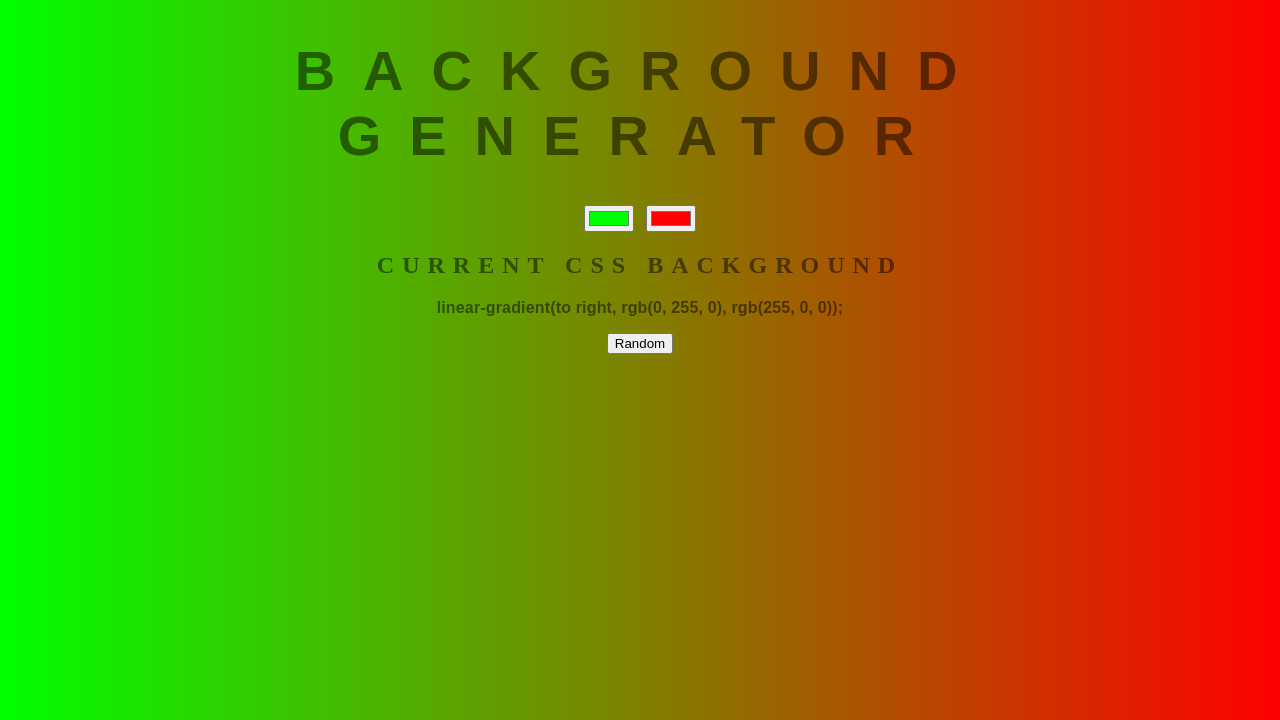
Repository: blgest/background-generator
Page: index.html
An editor plug-in stored every save of this project. The page is shown before and after the next save, followed by the edit.
The browser window is 1280 px wide. The pictures show the whole page.

Above is the page before, as saved 2020-02-09 09:47:11.

After the next save:
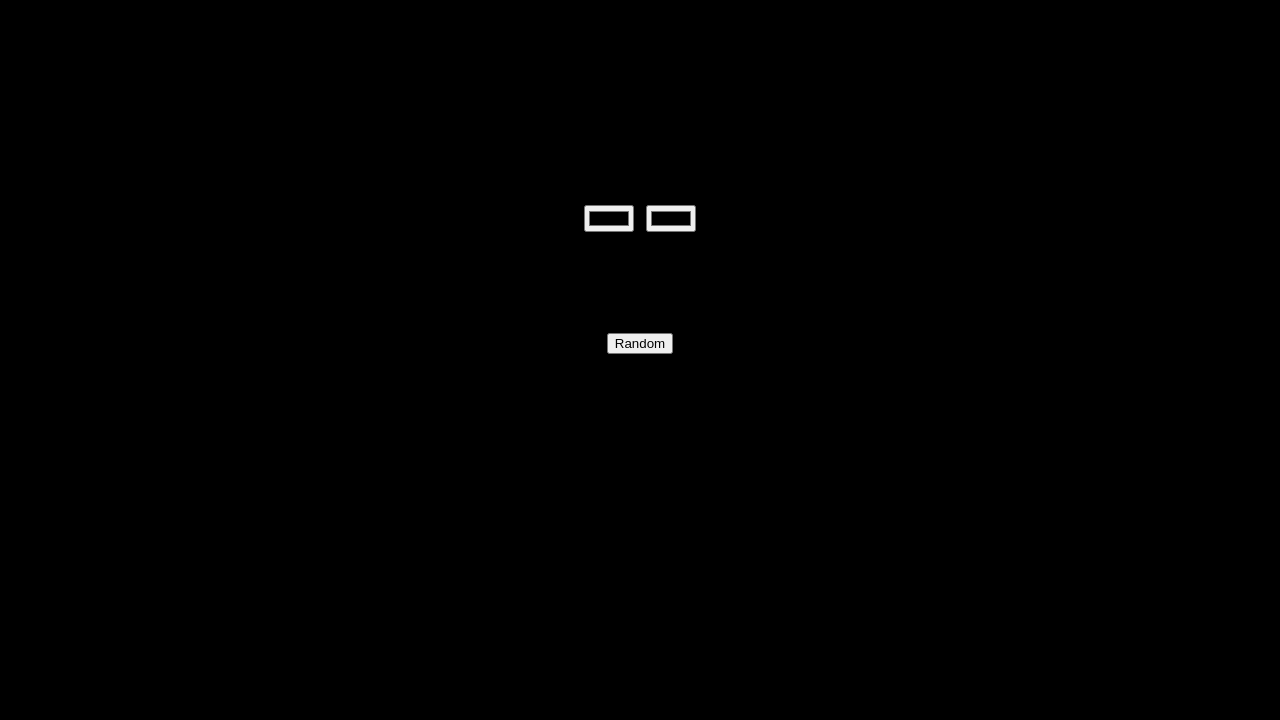
Saved 4 min 14 s later.
--- a/index.html
+++ b/index.html
@@ -6,8 +6,10 @@
 </head>
 <body id="gradient">
 	<h1>Background Generator</h1>
-	<input class="color1" type="color" name="color1" value="#00ff00">
-	<input class="color2" type="color" name="color2" value="#ff0000">
+	<input class="color1" type="color" name="color1">
+	<!-- value="#00ff00" -->
+	<input class="color2" type="color" name="color2">
+	<!-- value="#ff0000" -->
 	<h2>Current CSS Background</h2>
 	<h3></h3>
 	<h3><button id="random">Random</button></h3>

After the 2 saves that followed:
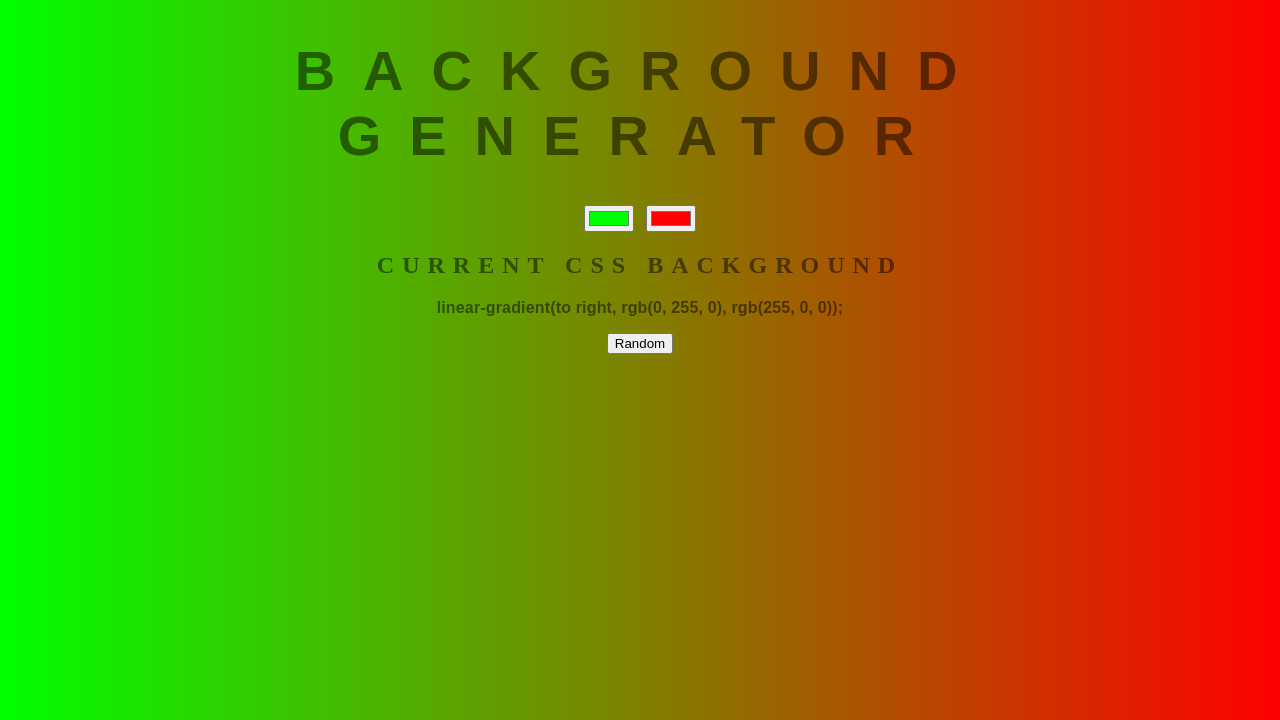
The 2 saves are shown as one change because 1 left the picture as it was.
The last was saved 9 min 2 s later.
--- a/index.html
+++ b/index.html
@@ -6,10 +6,8 @@
 </head>
 <body id="gradient">
 	<h1>Background Generator</h1>
-	<input class="color1" type="color" name="color1">
-	<!-- value="#00ff00" -->
-	<input class="color2" type="color" name="color2">
-	<!-- value="#ff0000" -->
+	<input class="color1" type="color" name="color1" value="#00ff00">
+	<input class="color2" type="color" name="color2" value="#ff0000">
 	<h2>Current CSS Background</h2>
 	<h3></h3>
 	<h3><button id="random">Random</button></h3>
--- a/script.js
+++ b/script.js
@@ -4,15 +4,10 @@ var color2 = document.querySelector(".color2");
 var body = document.getElementById("gradient");
 var randdom = document.getElementById("random");
 
-// function generateRandom() {
-// 	body.style.background =
-// 		"linear-gradient(to right, "
-// 		+ random_bg_color()
-// 		+ ", "
-// 		+ random_bg_color()
-// 		+ ")";
-// 	css.textContent = body.style.background + ";";
-// }
+function generateRandom() {
+	var randomColor = "#"+Math.floor(Math.random()*16777215).toString(16);
+
+}
 
 
 function random_bg_color() {
@@ -40,4 +35,4 @@ color1.addEventListener("input", setGradient);
 
 color2.addEventListener("input", setGradient);
 
-// randdom.addEventListener("click", generateRandom);
+randdom.addEventListener("click", generateRandom);
